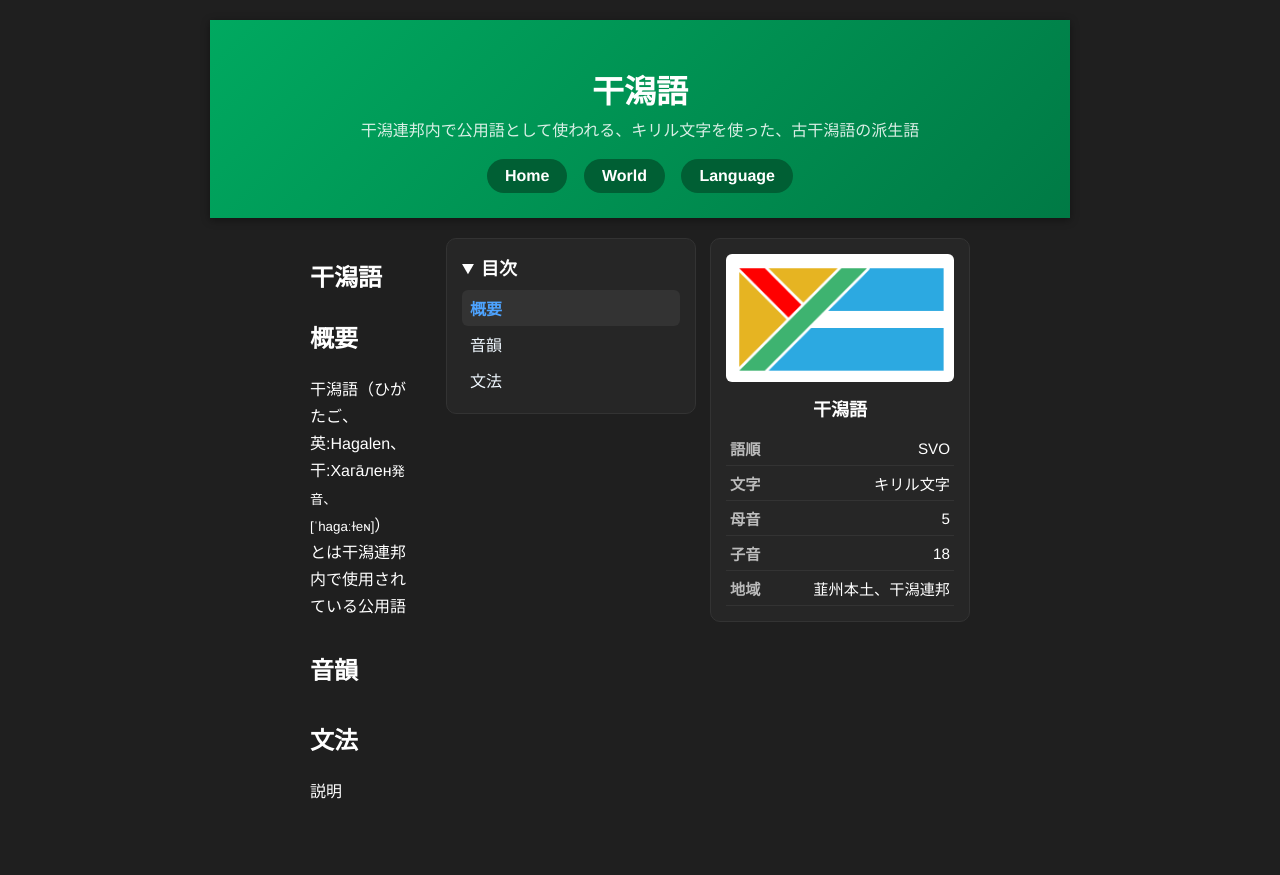
Repository: Player5270-antake/Player5270-antake.github.io
Page: language/hagalen/index.html
The author's editor kept a copy of each file at every save. The page is drawn from the files as they stood at one save, then again after the next save.
The browser window is 1280 px wide. The pictures show the whole page.

Above is the page before, as saved 2026-03-08 16:46:09.

After the next save:
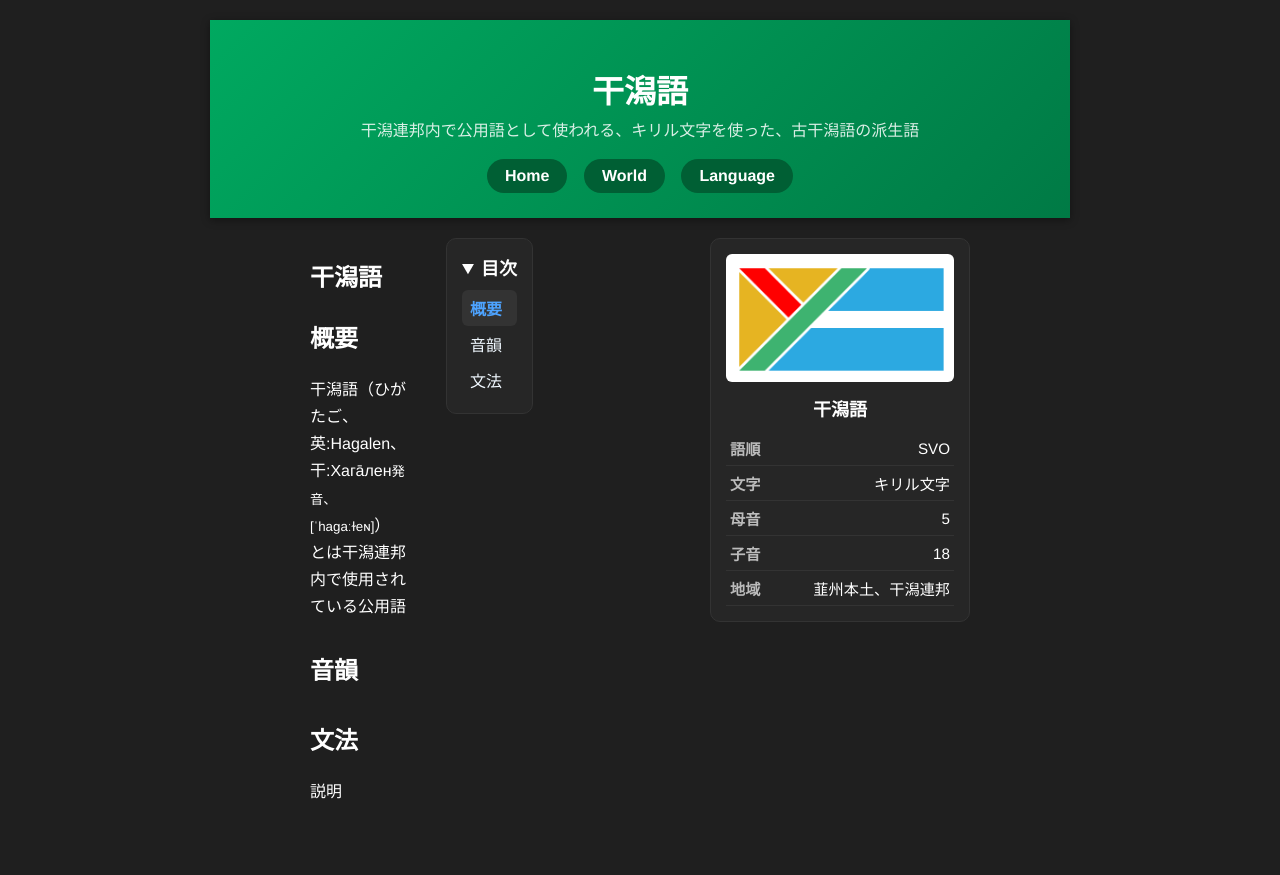
Saved 2 min 45 s later.
--- a/css/style.css
+++ b/css/style.css
@@ -174,6 +174,8 @@ footer{
     border:1px solid #333;
     border-radius:10px;
     padding:15px;
+    width:fit-content;
+    max-width:260px;
 }
 
 .toc summary{
